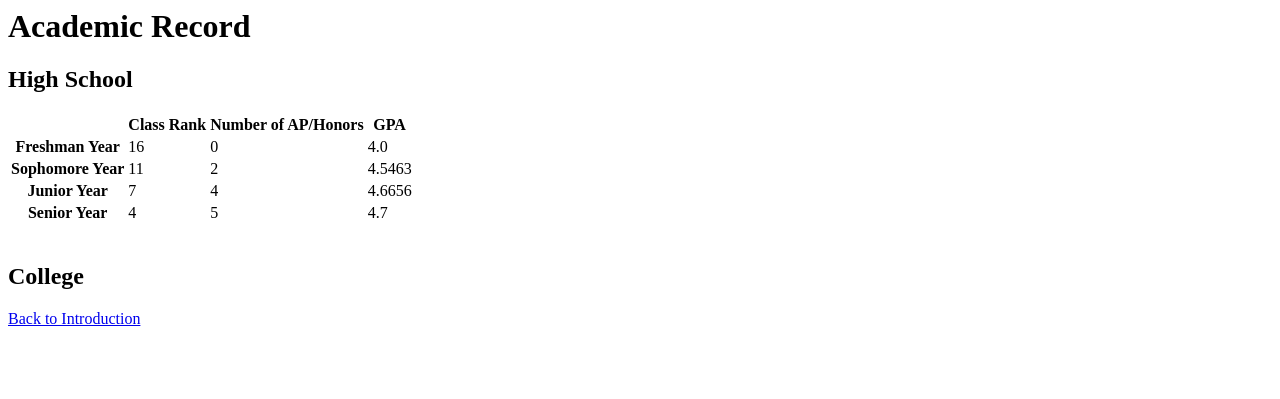
Repository: A-Vargas-GP/imm_my_website
Page: personal_site/personal/academic_record.html
The author's editor kept a record of every edit. The page is drawn from the files as they stood at one moment, then again after the next edit.
The browser window is 1280 px wide. The pictures show the whole page.

Above is the page before.

After the next edit:
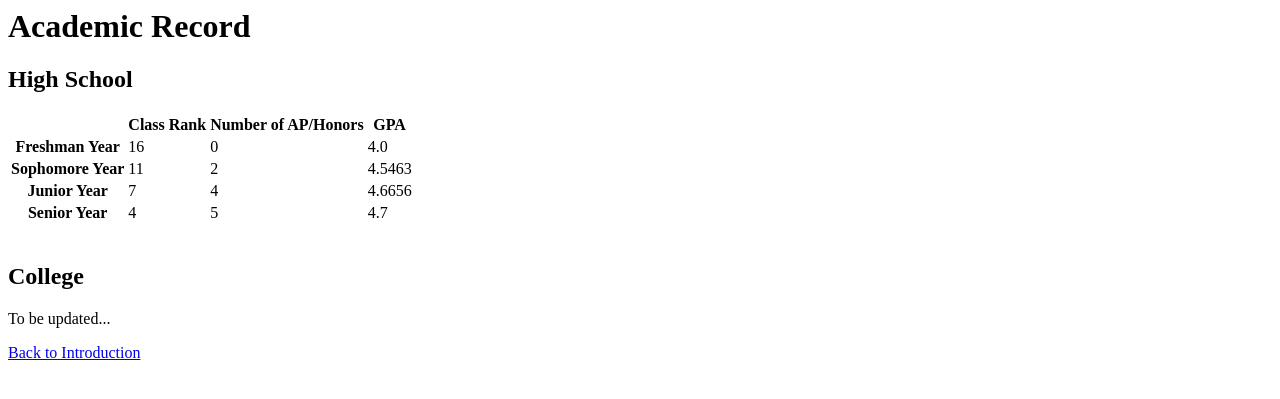
The edit:
--- a/personal_site/personal/academic_record.html
+++ b/personal_site/personal/academic_record.html
@@ -43,6 +43,7 @@
         </br>
 
         <h2> College </h2>
+        <p> To be updated...</p>
 
 
         <a href = "../introduction.html"> Back to Introduction </a>
